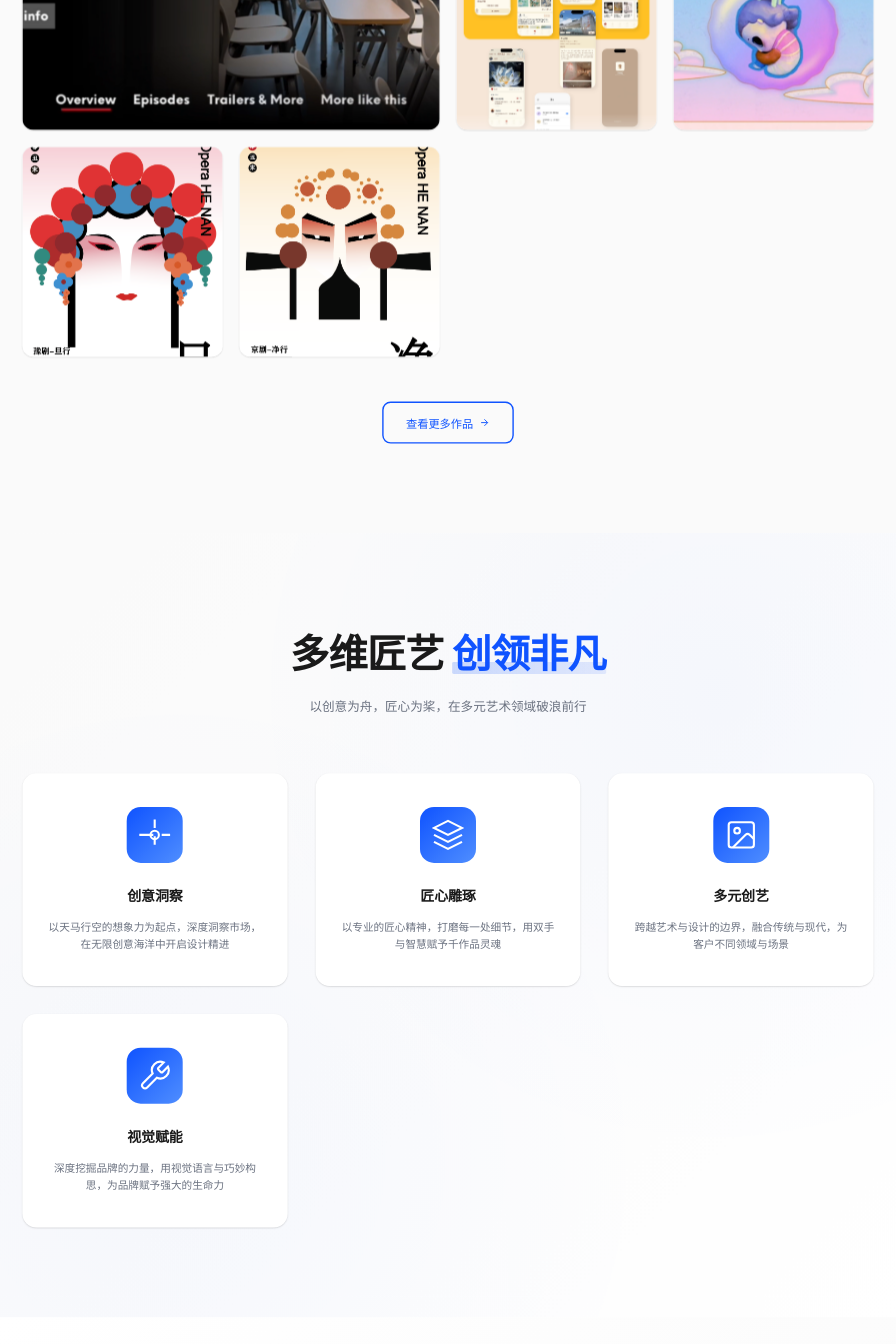
Repository: Nanzhexi/zhexi.github.io
Page: index.html
An editor plug-in stored every save of this project. The page is shown before and after the next save, followed by the edit.
The browser window is 1280 px wide. The pictures show the part of the page from y = 1484 to 3404 px (the page is 4558 px tall), at 70% of full size.

Above is the page before, as saved 2025-07-03 03:47:35.

### index.html
<!DOCTYPE html>
<html lang="zh-CN">
<head>
    <meta charset="UTF-8">
    <meta name="viewport" content="width=device-width, initial-scale=1.0">
    <title>个人设计师作品集</title>
    <link rel="stylesheet" href="./css/index.css">
    <link rel="preconnect" href="https://fonts.googleapis.com">
    <link rel="preconnect" href="https://fonts.gstatic.com" crossorigin>
    <link href="https://fonts.googleapis.com/css2?family=Inter:wght@300;400;500;600;700&display=swap" rel="stylesheet">
</head>

<body>
    <nav class="navbar">
        <div class="nav-brand">Studio</div>
        <div class="nav-links">
            <a href="#hero" class="nav-link active">首页</a>
            <a href="#portfolio" class="nav-link">作品</a>
            <a href="#services" class="nav-link">服务</a>
            <a href="#contact" class="nav-link">联系</a>
        </div>
    </nav>

    <main id="hero" class="hero">
        <div class="hero-content">
            <h1 class="hero-title">
                我是<span class="highlight">视觉设计师</span><br>
                创造有温度的设计
            </h1>
            <p class="hero-subtitle">
                专注品牌视觉、UI/UX设计与创意表达，用设计连接人与美好
            </p>
            <button class="cta-button" onclick="document.getElementById('portfolio').scrollIntoView({behavior: 'smooth'})">
                查看作品
                <svg width="16" height="16" viewBox="0 0 24 24" fill="none" stroke="currentColor" stroke-width="2">
                    <path d="M5 12h14M12 5l7 7-7 7"/>
                </svg>
            </button>
        </div>
    </main>

    <section id="portfolio" class="portfolio">
        <div class="portfolio-content">
            <h2 class="portfolio-title">我的作品</h2>
            <p class="portfolio-subtitle">每一个项目都承载着我对设计的理解与热爱</p>

            <div class="portfolio-grid">
                <div class="portfolio-item large">
                    <img src="./images/1.png" alt="设计作品1" loading="lazy">
                    <div class="portfolio-overlay">
                        <div class="portfolio-info">
                            <h3>品牌视觉设计</h3>
                            <p>创意海报设计</p>
                        </div>
                    </div>
                </div>

                <div class="portfolio-item">
                    <img src="./images/2.jpg" alt="设计作品2" loading="lazy">
                    <div class="portfolio-overlay">
                        <div class="portfolio-info">
                            <h3>产品包装</h3>
                            <p>时尚配饰设计</p>
                        </div>
                    </div>
                </div>

                <div class="portfolio-item">
                    <img src="./images/3.jpg" alt="设计作品3" loading="lazy">
                    <div class="portfolio-overlay">
                        <div class="portfolio-info">
                            <h3>陶瓷艺术</h3>
                            <p>传统工艺现代化</p>
                        </div>
                    </div>
                </div>

                <div class="portfolio-item">
                    <img src="./images/4.jpg" alt="设计作品4" loading="lazy">
                    <div class="portfolio-overlay">
                        <div class="portfolio-info">
                            <h3>品牌形象</h3>
                            <p>可爱IP设计</p>
                        </div>
                    </div>
                </div>

                <div class="portfolio-item">
                    <img src="./images/6.png" alt="设计作品5" loading="lazy">
                    <div class="portfolio-overlay">
                        <div class="portfolio-info">
                            <h3>空间设计</h3>
                            <p>商业空间规划</p>
                        </div>
                    </div>
                </div>

                <div class="portfolio-item">
                    <img src="./images/7.png" alt="设计作品6" loading="lazy">
                    <div class="portfolio-overlay">
                        <div class="portfolio-info">
                            <h3>餐饮品牌</h3>
                            <p>传统文化融合</p>
                        </div>
                    </div>
                </div>

                <div class="portfolio-item">
                    <img src="./images/8.png" alt="设计作品7" loading="lazy">
                    <div class="portfolio-overlay">
                        <div class="portfolio-info">
                            <h3>数字艺术</h3>
                            <p>创新视觉表达</p>
                        </div>
                    </div>
                </div>
            </div>

            <button class="portfolio-button">
                查看更多作品
                <svg width="16" height="16" viewBox="0 0 24 24" fill="none" stroke="currentColor" stroke-width="2">
                    <path d="M5 12h14M12 5l7 7-7 7"/>
                </svg>
            </button>
        </div>
    </section>

    <!-- Services Section -->
    <section id="services" class="services">
        <div class="services-content">
            <div class="services-header">
                <h2 class="services-title">多维匠艺 <span class="highlight">创领非凡</span></h2>
                <p class="services-subtitle">以创意为舟，匠心为桨，在多元艺术领域破浪前行</p>
            </div>

            <div class="services-grid">
                <div class="service-card">
                    <div class="service-icon">
                        <svg width="48" height="48" viewBox="0 0 24 24" fill="none" stroke="currentColor" stroke-width="1.5">
                            <circle cx="12" cy="12" r="3"/>
                            <path d="M12 1v6m0 6v6m11-7h-6m-6 0H1"/>
                        </svg>
                    </div>
                    <h3 class="service-title">创意洞察</h3>
                    <p class="service-description">以天马行空的想象力为起点，深度洞察市场，在无限创意海洋中开启设计精进</p>
                </div>

                <div class="service-card">
                    <div class="service-icon">
                        <svg width="48" height="48" viewBox="0 0 24 24" fill="none" stroke="currentColor" stroke-width="1.5">
                            <path d="M12 2L2 7l10 5 10-5-10-5z"/>
                            <path d="M2 17l10 5 10-5"/>
                            <path d="M2 12l10 5 10-5"/>
                        </svg>
                    </div>
                    <h3 class="service-title">匠心雕琢</h3>
                    <p class="service-description">以专业的匠心精神，打磨每一处细节，用双手与智慧赋予千作品灵魂</p>
                </div>

                <div class="service-card">
                    <div class="service-icon">
                        <svg width="48" height="48" viewBox="0 0 24 24" fill="none" stroke="currentColor" stroke-width="1.5">
                            <rect x="3" y="3" width="18" height="18" rx="2" ry="2"/>
                            <circle cx="9" cy="9" r="2"/>
                            <path d="M21 15l-3.086-3.086a2 2 0 0 0-2.828 0L6 21"/>
                        </svg>
                    </div>
                    <h3 class="service-title">多元创艺</h3>
                    <p class="service-description">跨越艺术与设计的边界，融合传统与现代，为客户不同领域与场景</p>
                </div>

                <div class="service-card">
                    <div class="service-icon">
                        <svg width="48" height="48" viewBox="0 0 24 24" fill="none" stroke="currentColor" stroke-width="1.5">
                            <path d="M14.7 6.3a1 1 0 0 0 0 1.4l1.6 1.6a1 1 0 0 0 1.4 0l3.77-3.77a6 6 0 0 1-7.94 7.94l-6.91 6.91a2.12 2.12 0 0 1-3-3l6.91-6.91a6 6 0 0 1 7.94-7.94l-3.76 3.76z"/>
                        </svg>
                    </div>
                    <h3 class="service-title">视觉赋能</h3>
                    <p class="service-description">深度挖掘品牌的力量，用视觉语言与巧妙构思，为品牌赋予强大的生命力</p>
                </div>
            </div>
        </div>
    </section>

    <!-- Contact Section -->
    <section id="contact" class="contact">
        <div class="contact-content">
            <div class="contact-text">
                <h2 class="contact-title">让我们一起创造<span class="highlight">精彩</span></h2>
                <p class="contact-subtitle">有项目想法？让我们聊聊如何将您的愿景变为现实</p>

                <div class="contact-info">
                    <div class="contact-item">
                        <svg width="20" height="20" viewBox="0 0 24 24" fill="none" stroke="currentColor" stroke-width="2">
                            <path d="M4 4h16c1.1 0 2 .9 2 2v12c0 1.1-.9 2-2 2H4c-1.1 0-2-.9-2-2V6c0-1.1.9-2 2-2z"/>
                            <polyline points="22,6 12,13 2,6"/>
                        </svg>
                        <span>hello@designer.com</span>
                    </div>

                    <div class="contact-item">
                        <svg width="20" height="20" viewBox="0 0 24 24" fill="none" stroke="currentColor" stroke-width="2">
                            <path d="M22 16.92v3a2 2 0 0 1-2.18 2 19.79 19.79 0 0 1-8.63-3.07 19.5 19.5 0 0 1-6-6 19.79 19.79 0 0 1-3.07-8.67A2 2 0 0 1 4.11 2h3a2 2 0 0 1 2 1.72 12.84 12.84 0 0 0 .7 2.81 2 2 0 0 1-.45 2.11L8.09 9.91a16 16 0 0 0 6 6l1.27-1.27a2 2 0 0 1 2.11-.45 12.84 12.84 0 0 0 2.81.7A2 2 0 0 1 22 16.92z"/>
                        </svg>
                        <span>+86 138 0013 8000</span>
                    </div>

                    <div class="contact-item">
                        <svg width="20" height="20" viewBox="0 0 24 24" fill="none" stroke="currentColor" stroke-width="2">
                            <path d="M21 10c0 7-9 13-9 13s-9-6-9-13a9 9 0 0 1 18 0z"/>
                            <circle cx="12" cy="10" r="3"/>
                        </svg>
                        <span>北京市朝阳区设计园区</span>
                    </div>
                </div>
            </div>

            <div class="contact-form">
                <form>
                    <div class="form-group">
                        <input type="text" placeholder="您的姓名" required>
                    </div>
                    <div class="form-group">
                        <input type="email" placeholder="邮箱地址" required>
                    </div>
                    <div class="form-group">
                        <input type="text" placeholder="项目类型">
                    </div>
                    <div class="form-group">
                        <textarea placeholder="项目描述" rows="4" required></textarea>
                    </div>
                    <button type="submit" class="submit-button">
                        发送消息
                        <svg width="16" height="16" viewBox="0 0 24 24" fill="none" stroke="currentColor" stroke-width="2">
                            <line x1="22" y1="2" x2="11" y2="13"/>
                            <polygon points="22,2 15,22 11,13 2,9 22,2"/>
                        </svg>
                    </button>
                </form>
            </div>
        </div>
    </section>

    <!-- Footer -->
    <footer class="footer">
        <div class="footer-content">
            <div class="footer-left">
                <div class="footer-brand">Designer</div>
                <p>专注于创造有意义的设计体验</p>
            </div>

            <div class="footer-links">
                <div class="footer-column">
                    <h4>服务</h4>
                    <a href="#">品牌设计</a>
                    <a href="#">产品设计</a>
                    <a href="#">空间设计</a>
                    <a href="#">数字艺术</a>
                </div>

                <div class="footer-column">
                    <h4>关于</h4>
                    <a href="#">设计理念</a>
                    <a href="#">团队介绍</a>
                    <a href="#">合作伙伴</a>
                    <a href="#">新闻动态</a>
                </div>

                <div class="footer-column">
                    <h4>联系</h4>
                    <a href="#">联系方式</a>
                    <a href="#">项目咨询</a>
                    <a href="#">加入我们</a>
                    <a href="#">意见反馈</a>
                </div>
            </div>
        </div>

        <div class="footer-bottom">
            <p>&copy; 2024 Designer. 保留所有权利</p>
            <div class="social-links">
                <a href="#" aria-label="微信">
                    <svg width="20" height="20" viewBox="0 0 24 24" fill="currentColor">
                        <path d="M8.5 12.5c0 .8-.7 1.5-1.5 1.5s-1.5-.7-1.5-1.5.7-1.5 1.5-1.5 1.5.7 1.5 1.5zm7-1.5c-.8 0-1.5.7-1.5 1.5s.7 1.5 1.5 1.5 1.5-.7 1.5-1.5-.7-1.5-1.5-1.5z"/>
                    </svg>
                </a>
                <a href="#" aria-label="微博">
                    <svg width="20" height="20" viewBox="0 0 24 24" fill="currentColor">
                        <path d="M12 2C6.48 2 2 6.48 2 12s4.48 10 10 10 10-4.48 10-10S17.52 2 12 2z"/>
                    </svg>
                </a>
                <a href="#" aria-label="邮箱">
                    <svg width="20" height="20" viewBox="0 0 24 24" fill="currentColor">
                        <path d="M20 4H4c-1.1 0-1.99.9-1.99 2L2 18c0 1.1.9 2 2 2h16c1.1 0 2-.9 2-2V6c0-1.1-.9-2-2-2zm0 4l-8 5-8-5V6l8 5 8-5v2z"/>
                    </svg>
                </a>
            </div>
        </div>
    </footer>

    <script>
        // 平滑滚动导航
        document.querySelectorAll('a[href^="#"]').forEach(anchor => {
            anchor.addEventListener('click', function (e) {
                e.preventDefault();
                const target = document.querySelector(this.getAttribute('href'));
                if (target) {
                    target.scrollIntoView({
                        behavior: 'smooth',
                        block: 'start'
                    });
                }
            });
        });

        // 导航栏滚动效果和活动状态
        window.addEventListener('scroll', () => {
            const navbar = document.querySelector('.navbar');
            const sections = document.querySelectorAll('section, main');
            const navLinks = document.querySelectorAll('.nav-link');

            // 导航栏背景效果
            if (window.scrollY > 50) {
                navbar.classList.add('scrolled');
            } else {
                navbar.classList.remove('scrolled');
            }

            // 活动状态
            let current = '';
            sections.forEach(section => {
                const sectionTop = section.offsetTop;
                const sectionHeight = section.clientHeight;
                if (scrollY >= (sectionTop - 200)) {
                    current = section.getAttribute('id');
                }
            });

            navLinks.forEach(link => {
                link.classList.remove('active');
                if (link.getAttribute('href') === `#${current}`) {
                    link.classList.add('active');
                }
            });
        });

        // 表单提交处理
        document.querySelector('form').addEventListener('submit', function(e) {
            e.preventDefault();

            // 获取表单数据
            const formData = new FormData(this);
            const name = this.querySelector('input[type="text"]').value;
            const email = this.querySelector('input[type="email"]').value;
            const project = this.querySelector('input[type="text"]:nth-of-type(2)').value;
            const message = this.querySelector('textarea').value;

            // 简单验证
            if (!name || !email || !message) {
                alert('请填写必填字段');
                return;
            }

            // 模拟发送成功
            alert('消息发送成功！我们会尽快回复您。');
            this.reset();
        });
    </script>
</body>
</html>

Loaded but not shown: css/index.css (1106 lines, source omitted)

After the next save:
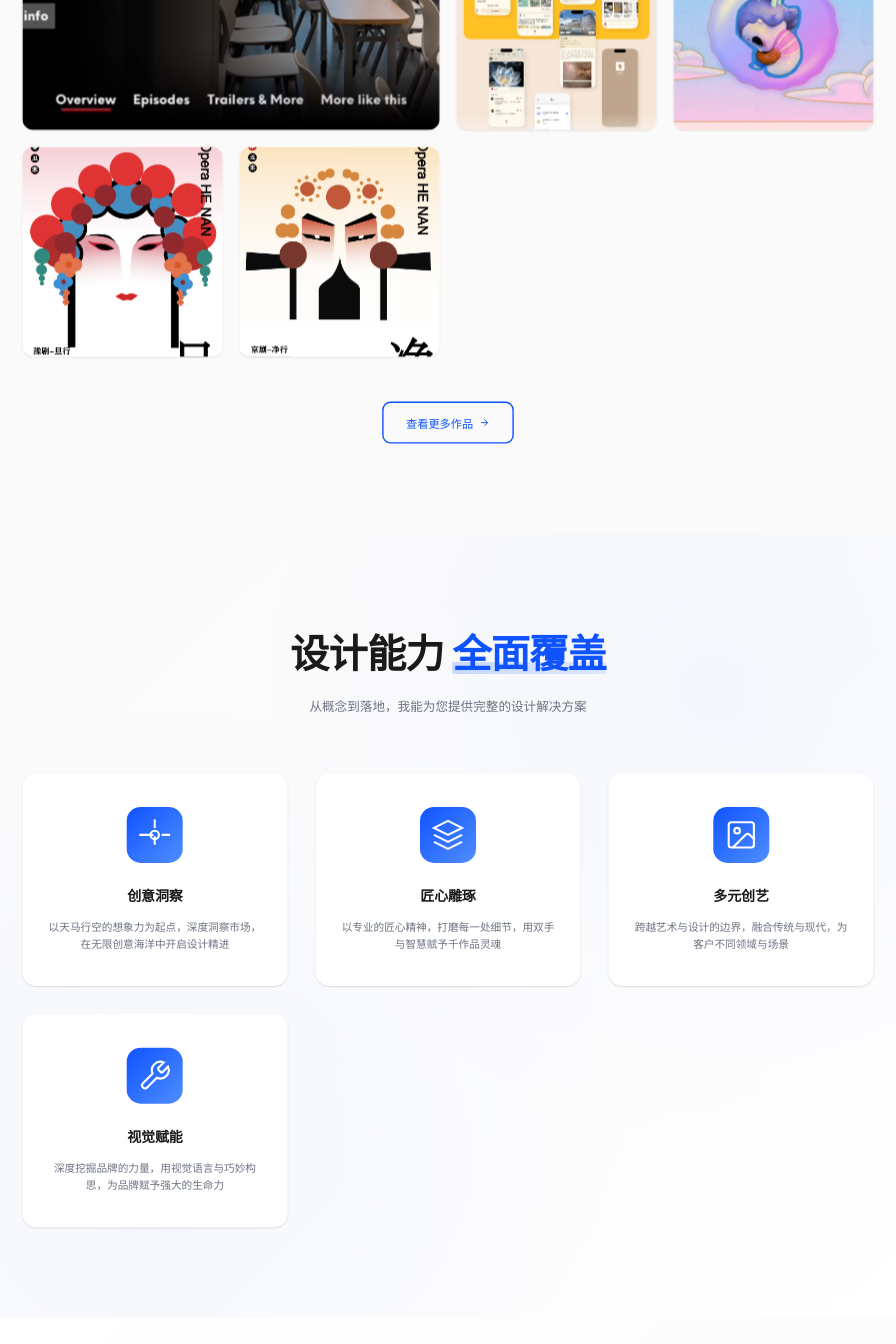
Saved 14 s later.
--- a/index.html
+++ b/index.html
@@ -129,8 +129,8 @@
     <section id="services" class="services">
         <div class="services-content">
             <div class="services-header">
-                <h2 class="services-title">多维匠艺 <span class="highlight">创领非凡</span></h2>
-                <p class="services-subtitle">以创意为舟，匠心为桨，在多元艺术领域破浪前行</p>
+                <h2 class="services-title">设计能力 <span class="highlight">全面覆盖</span></h2>
+                <p class="services-subtitle">从概念到落地，我能为您提供完整的设计解决方案</p>
             </div>
 
             <div class="services-grid">
